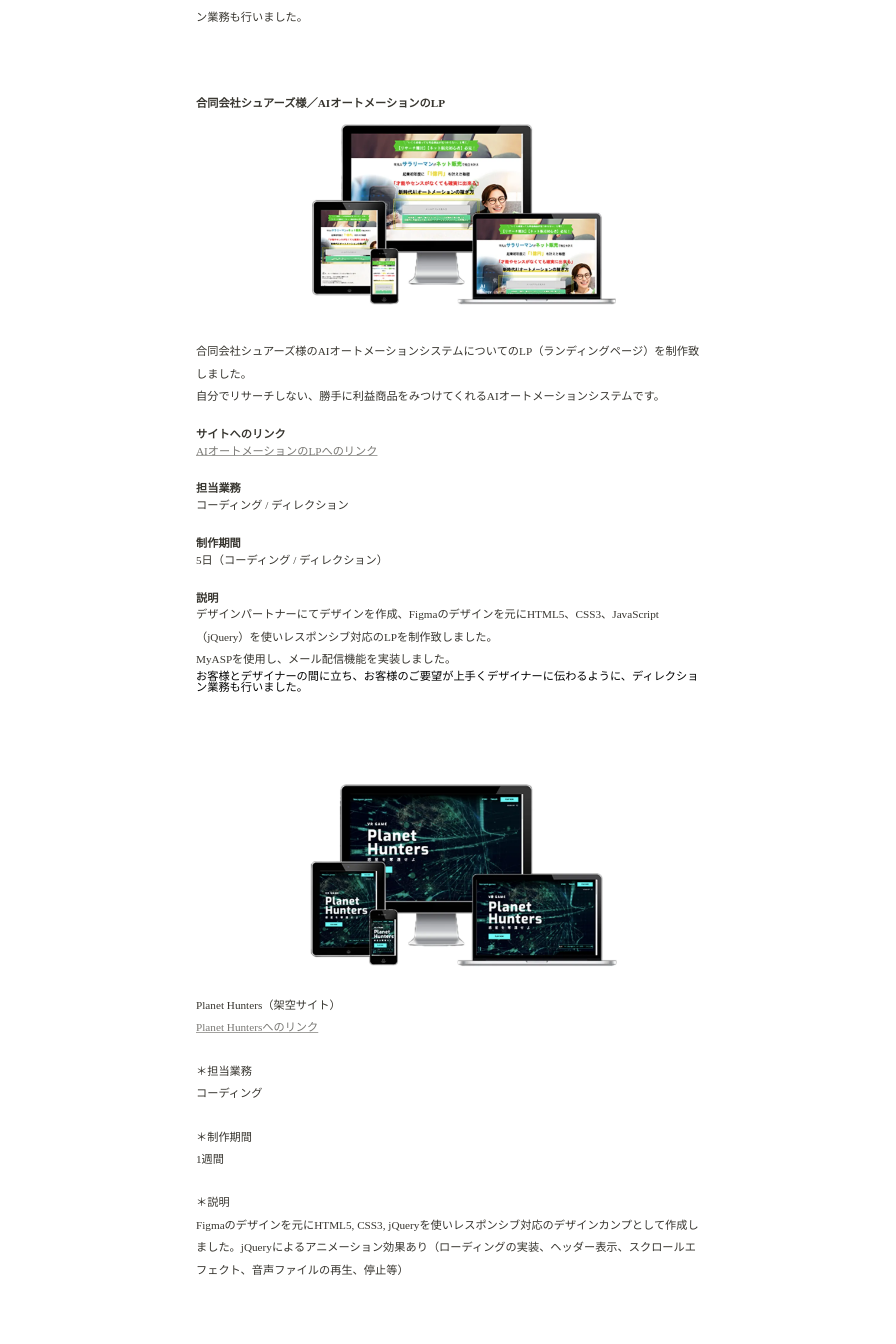
Repository: tetishi/my-portfolio
Page: index.html
These files come from the project's save history. The page is drawn as it stood at one moment and after a run of saves; the edit follows.
The browser window is 1280 px wide. The pictures show the part of the page from y = 2746 to 4666 px (the page is 11485 px tall), at 70% of full size.
The style sheet was rebuilt from its Sass, Less or Tailwind sources for each picture, by a compiler version that may differ from the author's.

Above is the page before, as saved 2024-05-19 15:45:28.

After the next 2 saves:
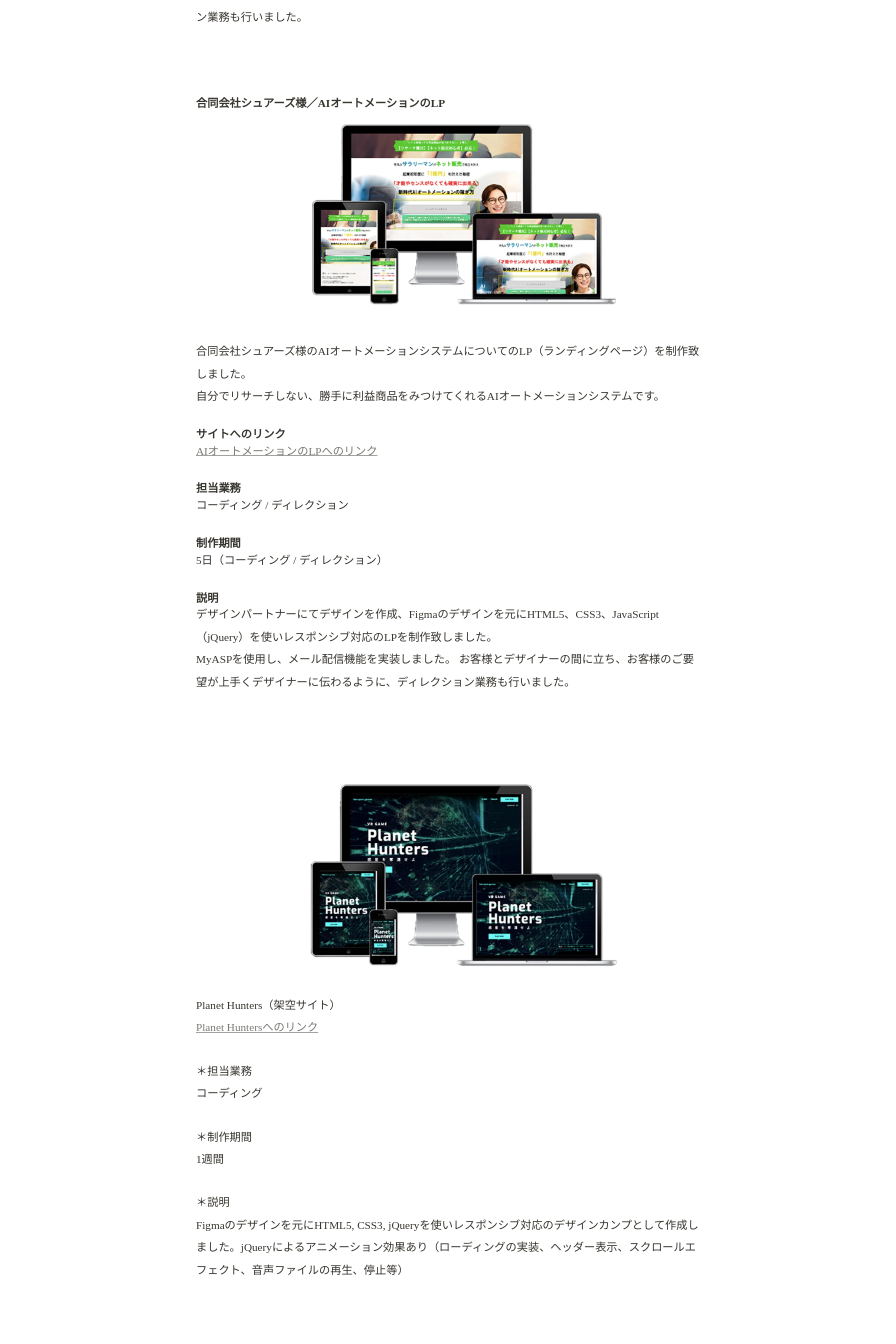
The 2 saves are shown as one change because they came seconds apart.
The last was saved 27 s later.
--- a/index.html
+++ b/index.html
@@ -193,8 +193,9 @@
                 <h3 class="details">説明</h3>
                 <!-- ここ記入 -->
                 <p>デザインパートナーにてデザインを作成、Figmaのデザインを元にHTML5、CSS3、JavaScript（jQuery）を使いレスポンシブ対応のLPを制作致しました。<br>
-                    MyASPを使用し、メール配信機能を実装しました。</p>
+                    MyASPを使用し、メール配信機能を実装しました。
                     お客様とデザイナーの間に立ち、お客様のご要望が上手くデザイナーに伝わるように、ディレクション業務も行いました。
+                </p>
             </div>
 
             <!-- 4作品目 -->
